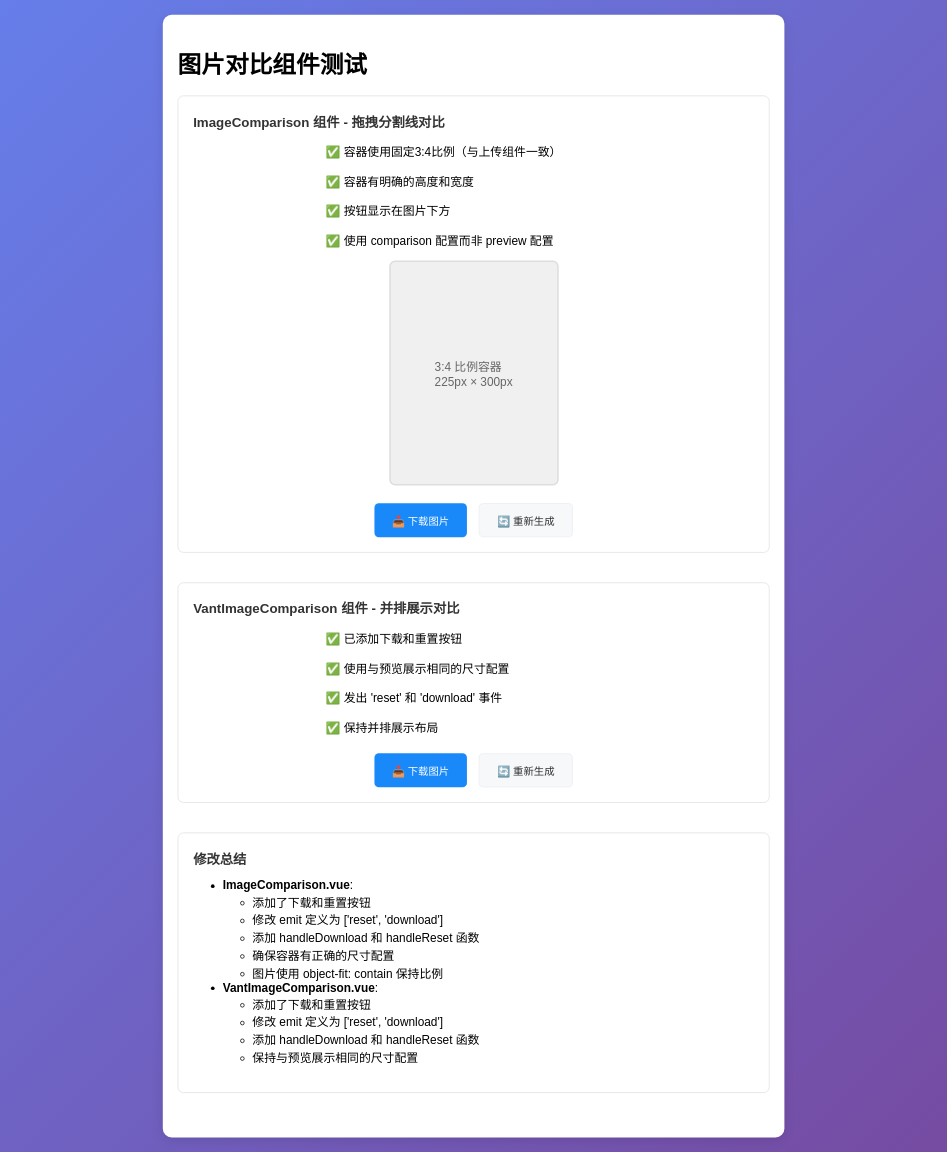
Repository: fooldychi/undress
Page: test-components.html
An editor plug-in stored every save of this project. The page is shown before and after the next save, followed by the edit.
The browser window is 1280 px wide. The pictures show the whole page, at 74% of full size.

Above is the page before, as saved 2025-07-13 14:47:58.

### test-components.html
<!DOCTYPE html>
<html lang="zh-CN">
<head>
    <meta charset="UTF-8">
    <meta name="viewport" content="width=device-width, initial-scale=1.0">
    <title>组件测试</title>
    <style>
        body {
            font-family: Arial, sans-serif;
            margin: 20px;
            background: linear-gradient(135deg, #667eea 0%, #764ba2 100%);
            min-height: 100vh;
        }
        .container {
            max-width: 800px;
            margin: 0 auto;
            background: white;
            padding: 20px;
            border-radius: 12px;
            box-shadow: 0 4px 16px rgba(0, 0, 0, 0.1);
        }
        .demo-section {
            margin-bottom: 40px;
            padding: 20px;
            border: 1px solid #e0e0e0;
            border-radius: 8px;
        }
        .demo-title {
            font-size: 18px;
            font-weight: bold;
            margin-bottom: 16px;
            color: #333;
        }
        .comparison-demo {
            width: 100%;
            max-width: 400px;
            margin: 0 auto;
        }
        .result-actions {
            display: flex;
            gap: 16px;
            justify-content: center;
            margin-top: 24px;
            padding: 0 16px;
        }
        .van-button {
            padding: 12px 24px;
            border: none;
            border-radius: 6px;
            font-size: 14px;
            cursor: pointer;
            transition: all 0.3s ease;
        }
        .van-button--primary {
            background: #1989fa;
            color: white;
        }
        .van-button--primary:hover {
            background: #0570d9;
        }
        .van-button:not(.van-button--primary) {
            background: #f7f8fa;
            color: #323233;
            border: 1px solid #ebedf0;
        }
        .van-button:not(.van-button--primary):hover {
            background: #f2f3f5;
        }
    </style>
</head>
<body>
    <div class="container">
        <h1>图片对比组件测试</h1>

        <div class="demo-section">
            <div class="demo-title">ImageComparison 组件 - 拖拽分割线对比</div>
            <div class="comparison-demo">
                <p>✅ 容器使用固定3:4比例（与上传组件一致）</p>
                <p>✅ 容器有明确的高度和宽度</p>
                <p>✅ 按钮显示在图片下方</p>
                <p>✅ 使用 comparison 配置而非 preview 配置</p>

                <!-- 模拟容器 -->
                <div style="width: 225px; height: 300px; background: #f0f0f0; border: 2px solid #ddd; border-radius: 8px; margin: 16px auto; display: flex; align-items: center; justify-content: center;">
                    <span style="color: #666;">3:4 比例容器<br>225px × 300px</span>
                </div>

                <!-- 模拟按钮区域 -->
                <div class="result-actions">
                    <button class="van-button van-button--primary">
                        📥 下载图片
                    </button>
                    <button class="van-button">
                        🔄 重新生成
                    </button>
                </div>
            </div>
        </div>

        <div class="demo-section">
            <div class="demo-title">VantImageComparison 组件 - 并排展示对比</div>
            <div class="comparison-demo">
                <p>✅ 已添加下载和重置按钮</p>
                <p>✅ 使用与预览展示相同的尺寸配置</p>
                <p>✅ 发出 'reset' 和 'download' 事件</p>
                <p>✅ 保持并排展示布局</p>

                <!-- 模拟按钮区域 -->
                <div class="result-actions">
                    <button class="van-button van-button--primary">
                        📥 下载图片
                    </button>
                    <button class="van-button">
                        🔄 重新生成
                    </button>
                </div>
            </div>
        </div>

        <div class="demo-section">
            <div class="demo-title">修改总结</div>
            <ul>
                <li><strong>ImageComparison.vue</strong>:
                    <ul>
                        <li>添加了下载和重置按钮</li>
                        <li>修改 emit 定义为 ['reset', 'download']</li>
                        <li>添加 handleDownload 和 handleReset 函数</li>
                        <li>确保容器有正确的尺寸配置</li>
                        <li>图片使用 object-fit: contain 保持比例</li>
                    </ul>
                </li>
                <li><strong>VantImageComparison.vue</strong>:
                    <ul>
                        <li>添加了下载和重置按钮</li>
                        <li>修改 emit 定义为 ['reset', 'download']</li>
                        <li>添加 handleDownload 和 handleReset 函数</li>
                        <li>保持与预览展示相同的尺寸配置</li>
                    </ul>
                </li>
            </ul>
        </div>
    </div>
</body>
</html>

After the next save:
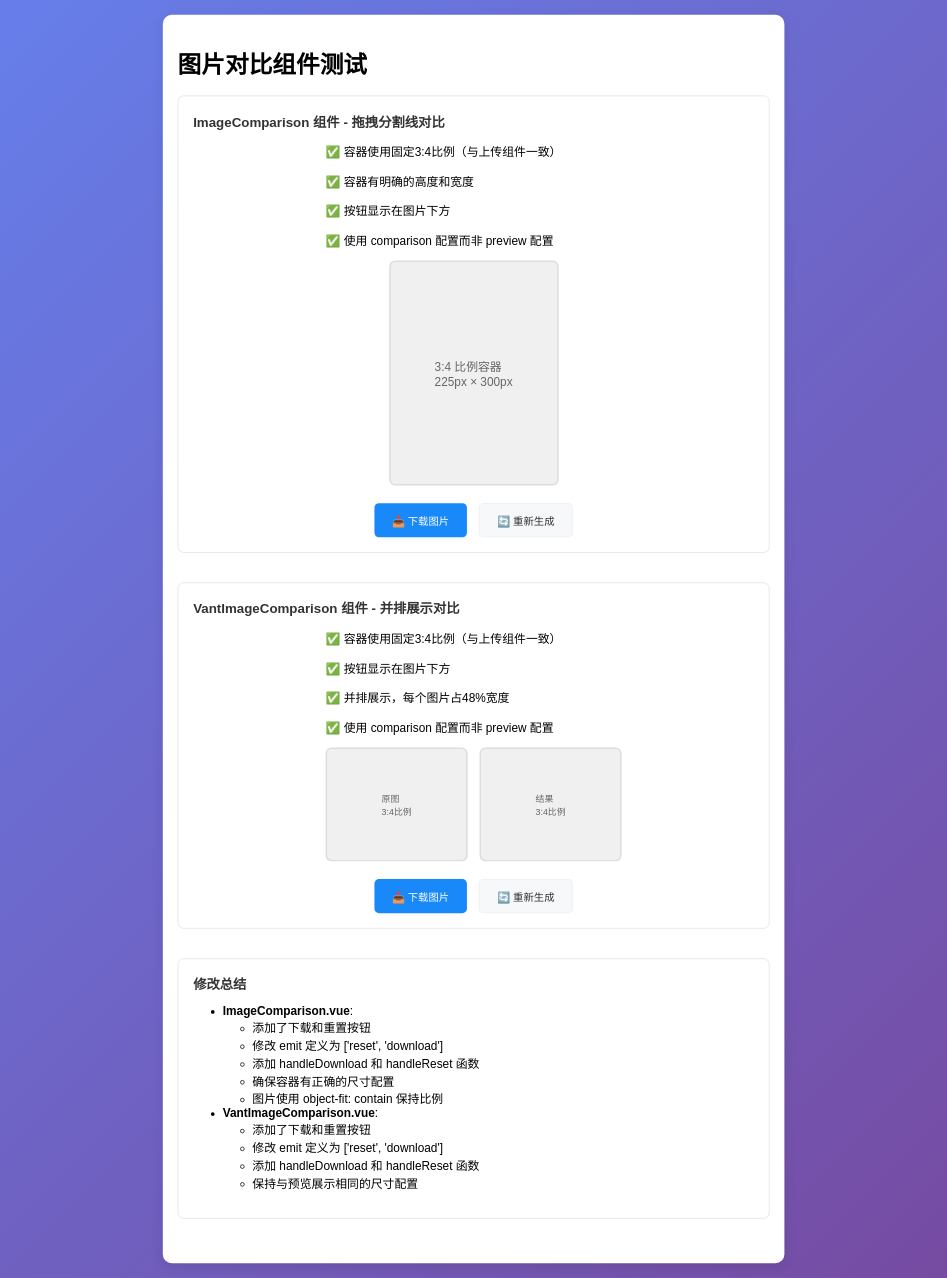
Saved 22 s later.
--- a/test-components.html
+++ b/test-components.html
@@ -100,10 +100,20 @@
         <div class="demo-section">
             <div class="demo-title">VantImageComparison 组件 - 并排展示对比</div>
             <div class="comparison-demo">
-                <p>✅ 已添加下载和重置按钮</p>
-                <p>✅ 使用与预览展示相同的尺寸配置</p>
-                <p>✅ 发出 'reset' 和 'download' 事件</p>
-                <p>✅ 保持并排展示布局</p>
+                <p>✅ 容器使用固定3:4比例（与上传组件一致）</p>
+                <p>✅ 按钮显示在图片下方</p>
+                <p>✅ 并排展示，每个图片占48%宽度</p>
+                <p>✅ 使用 comparison 配置而非 preview 配置</p>
+
+                <!-- 模拟并排容器 -->
+                <div style="display: flex; gap: 4%; justify-content: center; margin: 16px auto; max-width: 400px;">
+                    <div style="width: 48%; height: 150px; background: #f0f0f0; border: 2px solid #ddd; border-radius: 8px; display: flex; align-items: center; justify-content: center;">
+                        <span style="color: #666; font-size: 12px;">原图<br>3:4比例</span>
+                    </div>
+                    <div style="width: 48%; height: 150px; background: #f0f0f0; border: 2px solid #ddd; border-radius: 8px; display: flex; align-items: center; justify-content: center;">
+                        <span style="color: #666; font-size: 12px;">结果<br>3:4比例</span>
+                    </div>
+                </div>
 
                 <!-- 模拟按钮区域 -->
                 <div class="result-actions">
